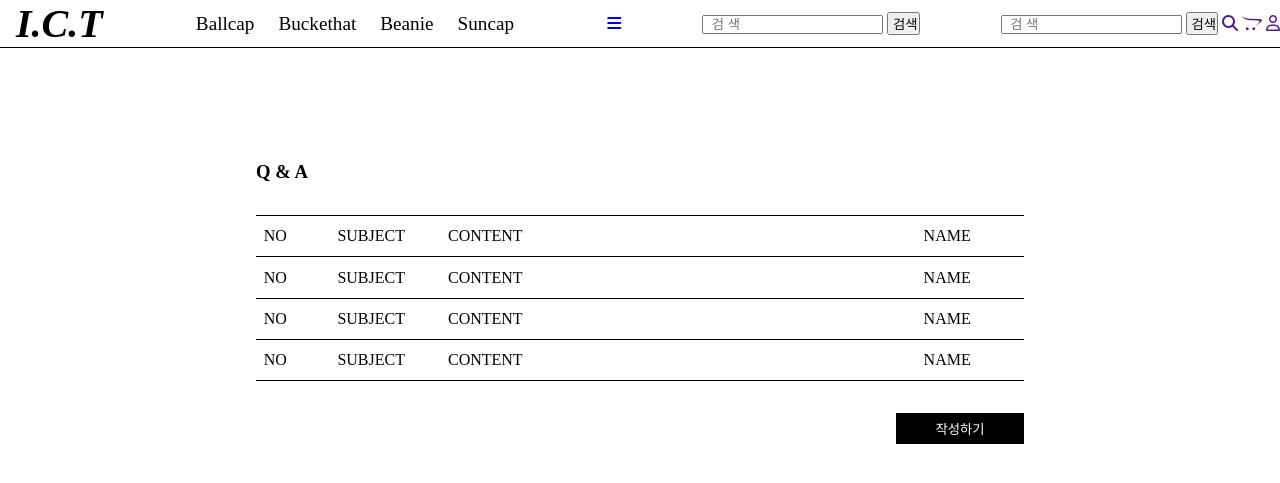
Repository: Developer120000/project1
Page: http://localhost/project1/productpage/q_a.jsp
These files come from the project's save history. The page is drawn as it stood at one moment and after the next save; the edit follows.
The browser window is 1280 px wide. The pictures show the whole page.
Some web libraries are served in a nearby version. The page is served by Tomcat 9.

Above is the page before, as saved 2024-03-19 10:03:11.
Console error: SyntaxError: Identifier 'hamburger' has already been declared

### project1/src/main/webapp/productpage/q_a.jsp
<%@ page language="java" contentType="text/html; charset=UTF-8"
    pageEncoding="UTF-8"%>
<!DOCTYPE html>
<html>
<head>
<meta charset="UTF-8">
<meta name="viewport" content="width=device-width, initial-scale=1">
<title>payment</title>
<%@ include file="header.jsp" %>
<link rel="stylesheet" href="../css/header.css">
<script src="../js/header.js" defer></script>
<link rel="stylesheet" href="../css/q_a.css">
</head>
<body>
	<div class="qcontainer">
		<div class="qwrapper">
			<h3 class="qtitle">Q & A</h3>
			<ul class="qau">
				<li class="qal q1">NO</li>
				<li class="qal q1">SUBJECT</li>
				<li class="qal">CONTENT</li>
				<li class="qal q1">NAME</li>
			</ul>
			<ul class="qau">
				<li class="qal q1">NO</li>
				<li class="qal q1">SUBJECT</li>
				<li class="qal">CONTENT</li>
				<li class="qal q1">NAME</li>
			</ul>
			<ul class="qau">
				<li class="qal q1">NO</li>
				<li class="qal q1">SUBJECT</li>
				<li class="qal">CONTENT</li>
				<li class="qal q1">NAME</li>
			</ul>
			<ul class="qau">
				<li class="qal q1">NO</li>
				<li class="qal q1">SUBJECT</li>
				<li class="qal">CONTENT</li>
				<li class="qal q1">NAME</li>
			</ul>
		</div>
		<p class="qwrite">
			<input type="submit" class="qwrite1" value="작성하기">
		</p>
	</div>
</body>
</html>

### project1/src/main/webapp/productpage/header.jsp
<%@ page language="java" contentType="text/html; charset=UTF-8"
    pageEncoding="UTF-8"%>
<!DOCTYPE html>
<html>
<head>
<meta charset="UTF-8">
<meta name="viewport" content="width=device-width, initial-scale=1.0">
<title>I.C.T</title>
<script src="https://kit.fontawesome.com/80123590ac.js" crossorigin="anonymous"></script>
<link rel="stylesheet" href="../css/header.css">
<script src="../js/header.js" defer></script>
<!-- <script defer src="js 파일 위치"></script> -->
</head>
<body>
	<header id="header">
		<div class="wrapper">
			<p class="title">
				<a href="">I.C.T</a>
			</p>
			<ul class="category">
				<li><a href="">Ballcap</a></li>
				<li><a href="">Buckethat</a></li>
				<li><a href="">Beanie</a></li>
				<li><a href="">Suncap</a></li>
			</ul>
			<a href="#" class="hamburger">
				<i class="fa-solid fa-bars"></i>
			</a>
			<form class="item2" onsubmit="return false">
				<input type="text" class="searchbar2" type="text" placeholder="&nbsp;&nbsp;검 색">
				<button class="res2">&nbsp;검색</button>
			</form>
			<form class="item" onsubmit="return false">
				<input type="text" class="searchbar1" type="text" placeholder="&nbsp;&nbsp;검 색">
				<button class="res1">&nbsp;검색</button>
				<a href="" class="b1 a1"><i class="fa-solid fa-magnifying-glass"></i></a>
				<a href="" class="b2 a1"><i class="fa-brands fa-opencart"></i></a>
<!-- 				<i class="fa-solid fa-cart-shopping"></i> -->
				<a href="" class="b3 a1"><i class="fa-regular fa-user"></i></a>
			</form>
		</div>
	</header>

</body>
</html>

### project1/src/main/webapp/css/header.css
@charset "UTF-8";
*{margin: 0px; }
#header{

/* 	height: 4.06rem; */
}
.wrapper{
	width: 100%;
	position: fixed;
	display: flex;
	justify-content: space-between;
	align-items: center;
	background-color: white;
	border-bottom: 1px solid black;
	z-index: 5;
}
.title a{
	text-decoration: none;
	font-size: 2.5rem;
	font-weight: bold;
	margin-left: 1rem;
	color: black;
	font-style: italic;
	display: inline-block;
}
.category{
	display: flex;
/* 	margin-right: 50%; */
	list-style: none;
}
.category li{
	padding: 8px 12px;
}
li a{
/* 	margin-right: 1.0rem; */
	font-size: 1.2rem;
	text-decoration: none;
}
li a:visited {color: black;}
li a:hover {text-decoration: underline;}

.search{
	display: flex;
	padding-left: 0;

/* 	width: 60%; */
/* 	text-align: right; */
}
.searchbar{
/* 	width: 30%; */
/* 	margin-right: 5px;  */
	padding: 5px;
}
.a1{
/* 	margin-right: 10%; */
}
.icon{display: none;}


@media screen and (max-width:600px){
	.wrapper{
		flex-direction: column;
		align-items: flex-start;
		padding: 8px 24px;
	}
	.category{
		display: none;
		flex-direction: column;
		align-items: center;
		width: 100%;
	}
	.category li a{
		width: 100%;
		text-align: center;
	}
	.search{
		display: none;
		justify-content: center;
		width: 100%;
	}
	.icon{
		display: block;
	}
}

@media screen and (max-width:1138px){


}


@media screen and (max-width:800px){


}

/* 1015px 이하 - suncap 사라짐 */
@media screen and (max-width:590px){

	.header_second #s4{display: none;}
}

### project1/src/main/webapp/css/q_a.css
@charset "UTF-8";
*{margin: 0px; padding: 0px; box-sizing: border-box;}

.qcontainer{
	padding-top: 4.06rem;
	width: 100%;
}
.qwrapper{
	display: flex;
	justify-content: center;
	flex-direction: column;
	align-items: center;
	width: 100%;
}
.qau{
	width: 60%;
	display: grid;
	grid-template-columns: 5% 20% 55% 20%;
	list-style: none;
/* 	border-top: 1px solid black; */
	border-bottom: 1px solid black;
	padding: 0.7rem 0;

}
.qtitle{
	width: 60%;
	margin-top: 6rem;
	padding-bottom: 2rem;
	border-bottom: 1px solid black;
}
.q1{
	text-align: center;
}
.qwrite{
	width: 80%;
	height: 1.9rem;
	display: flex;
    justify-content: flex-end;
    margin: 2rem 0;
}
.qwrite1{
	min-width: 8rem;
	height: 100%;
	background-color: black;
	color: white;
	border: none;
	cursor: pointer;
}

### project1/src/main/webapp/js/header.js
const hamburger = document.querySelector('.hamburger');
const category = document.querySelector('.category');

hamburger.addEventListener('click', () => {
    category.classList.toggle('active');
})

document.addEventListener('click', (e) => {
    if (!category.contains(e.target) && !hamburger.contains(e.target)) {
        category.classList.remove('active');
    }
})


const b1 = document.querySelector('.b1');
const searchbar2 = document.querySelector('.searchbar2');
const res2 = document.querySelector('.res2');

b1.addEventListener('click', (e) => {
	e.preventDefault();
//	e.stopPropagation();
    searchbar2.classList.toggle('active');
    res2.classList.toggle('active');
})

document.addEventListener('click', (e) => {
    if (!searchbar2.contains(e.target) && !res2.contains(e.target) && !b1.contains(e.target)) {
        searchbar2.classList.remove('active');
    }
})

document.addEventListener('click', (e) => {
    if (!res2.contains(e.target) && !searchbar2.contains(e.target) && !b1.contains(e.target)) {
        res2.classList.remove('active');
    }
})


//const b2 = document.querySelector('.b2');
//const b3 = document.querySelector('.b3');
//
//hamburger.addEventListener('click', () => {
//    b2.classList.toggle('active');
//    b3.classList.toggle('active');
//})
//
//document.addEventListener('click', (e) => {
//    if (!hamburger.contains(e.target) && !b2.contains(e.target) && !b3.contains(e.target) && !category.contains(e.target)) {
//		category.classList.remove('active');
//        b2.classList.toggle('active');
//    	b3.classList.toggle('active');
//    }
//})

After the next save:
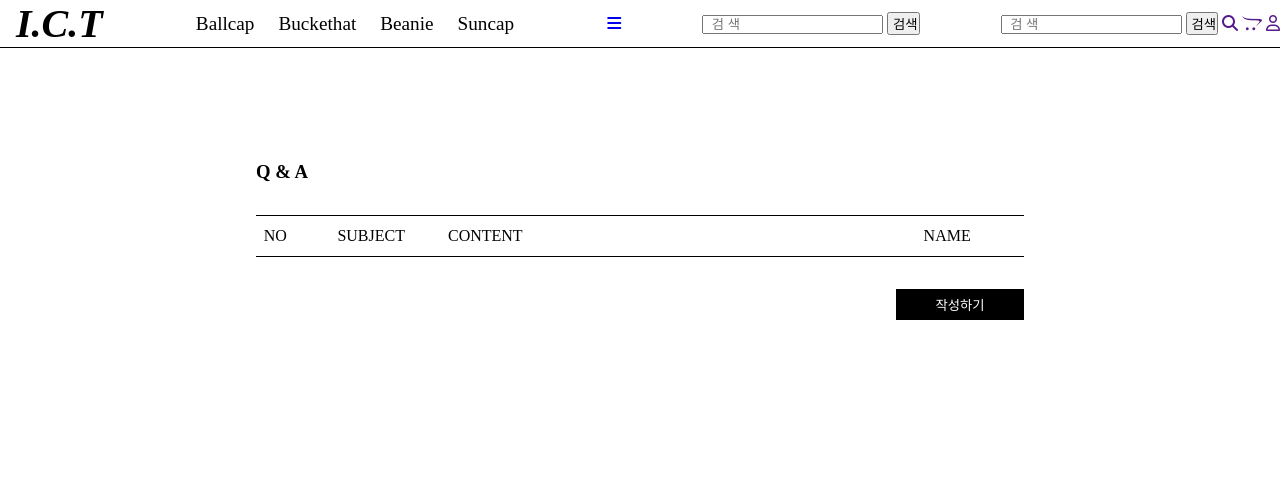
Saved 8 s later.
--- a/project1/src/main/webapp/productpage/q_a.jsp
+++ b/project1/src/main/webapp/productpage/q_a.jsp
@@ -21,24 +21,6 @@
 				<li class="qal">CONTENT</li>
 				<li class="qal q1">NAME</li>
 			</ul>
-			<ul class="qau">
-				<li class="qal q1">NO</li>
-				<li class="qal q1">SUBJECT</li>
-				<li class="qal">CONTENT</li>
-				<li class="qal q1">NAME</li>
-			</ul>
-			<ul class="qau">
-				<li class="qal q1">NO</li>
-				<li class="qal q1">SUBJECT</li>
-				<li class="qal">CONTENT</li>
-				<li class="qal q1">NAME</li>
-			</ul>
-			<ul class="qau">
-				<li class="qal q1">NO</li>
-				<li class="qal q1">SUBJECT</li>
-				<li class="qal">CONTENT</li>
-				<li class="qal q1">NAME</li>
-			</ul>
 		</div>
 		<p class="qwrite">
 			<input type="submit" class="qwrite1" value="작성하기">
